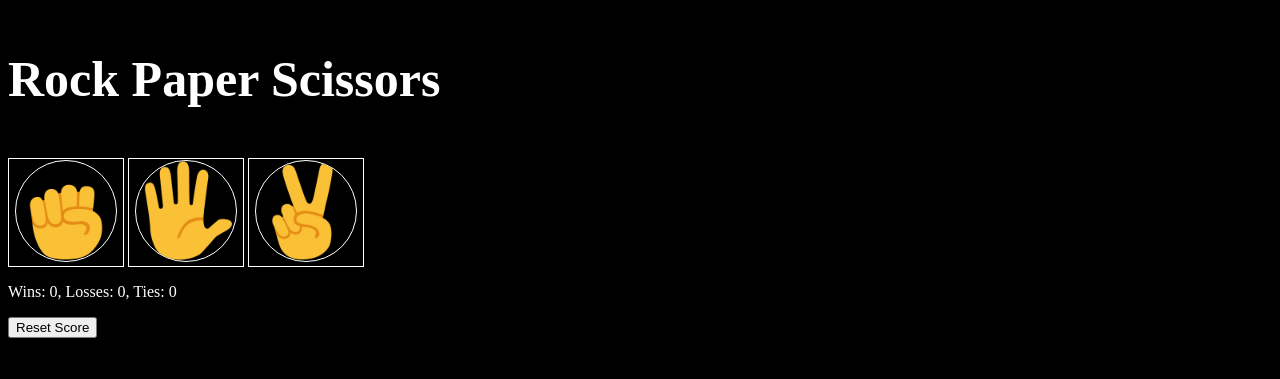
Repository: pgyunknown/Rock_paper_scissors-
Page: index.html
An editor plug-in stored every save of this project. The page is shown before and after the next save, followed by the edit.
The browser window is 1280 px wide. The pictures show the whole page.

Above is the page before, as saved 2024-08-30 17:12:55.

### index.html

<!DOCTYPE html>
<html>
  <head>
    <title>Rock Paper Scissors</title>
    <link rel="stylesheet" href="index.css">
  </head>
  <body>
    <p class="title">Rock Paper Scissors</p>
    <button onclick="
      playGame('rock');
    "class="emoji"><img src="images/rock-emoji.png" alt=""></button>

    <button onclick="
      playGame('paper');
    " class="emoji"><img src="images/paper-emoji.png" alt=""></button>

    <button onclick="
      playGame('scissors');
    " class="emoji"><img src="images/scissors-emoji.png" alt=""></button>

    <p class="js-result result"></p>
    <p class="js-moves"></p>
    <p class="js-score score"></p>

    <button onclick="
      score.wins = 0;
      score.losses = 0;
      score.ties = 0;
      localStorage.removeItem('score');
      updateScoreElement();
    " class="reset-score-button">Reset Score</button>


    <script src="index.js">

    </script>
  </body>
</html>

### index.css
body{
  background-color: black;
  color: white;
}
.title{
  font-size: 50px;
  font-weight: bold;
}

button img{
  height: 100px;
  width: 100px;
  background-color: black;
  border: 1px solid white;
  border-radius: 70px;
}
.emoji{
  background-color: black;
    border: 1px solid white;
  /* border-radius: 70px;
  margin: 0px 10px 0px 10px; */
}

### index.js

let score = JSON.parse(localStorage.getItem('score')) || {
  wins: 0,
  losses: 0,
  ties: 0
};

updateScoreElement();

/*
if (!score) {
  score = {
    wins: 0,
    losses: 0,
    ties: 0
  };
}
*/

function playGame(playerMove) {
  const computerMove = pickComputerMove();

  let result = '';

  if (playerMove === 'scissors') {
    if (computerMove === 'rock') {
      result = 'You lose.';
    } else if (computerMove === 'paper') {
      result = 'You win.';
    } else if (computerMove === 'scissors') {
      result = 'Tie.';
    }

  } else if (playerMove === 'paper') {
    if (computerMove === 'rock') {
      result = 'You win.';
    } else if (computerMove === 'paper') {
      result = 'Tie.';
    } else if (computerMove === 'scissors') {
      result = 'You lose.';
    }

  } else if (playerMove === 'rock') {
    if (computerMove === 'rock') {
      result = 'Tie.';
    } else if (computerMove === 'paper') {
      result = 'You lose.';
    } else if (computerMove === 'scissors') {
      result = 'You win.';
    }
  }

  if (result === 'You win.') {
    score.wins += 1;
  } else if (result === 'You lose.') {
    score.losses += 1;
  } else if (result === 'Tie.') {
    score.ties += 1;
  }

  localStorage.setItem('score', JSON.stringify(score));

  updateScoreElement();

  document.querySelector('.js-result').innerHTML = result;

  document.querySelector('.js-moves').innerHTML = `You
<img src="images/${playerMove}-emoji.png" class="move-icon">
<img src="images/${computerMove}-emoji.png" class="move-icon">
Computer`;
}

function updateScoreElement() {
  document.querySelector('.js-score')
    .innerHTML = `Wins: ${score.wins}, Losses: ${score.losses}, Ties: ${score.ties}`;
}

function pickComputerMove() {
  const randomNumber = Math.random();

  let computerMove = '';

  if (randomNumber >= 0 && randomNumber < 1 / 3) {
    computerMove = 'rock';
  } else if (randomNumber >= 1 / 3 && randomNumber < 2 / 3) {
    computerMove = 'paper';
  } else if (randomNumber >= 2 / 3 && randomNumber < 1) {
    computerMove = 'scissors';
  }

  return computerMove;
}

After the next save:
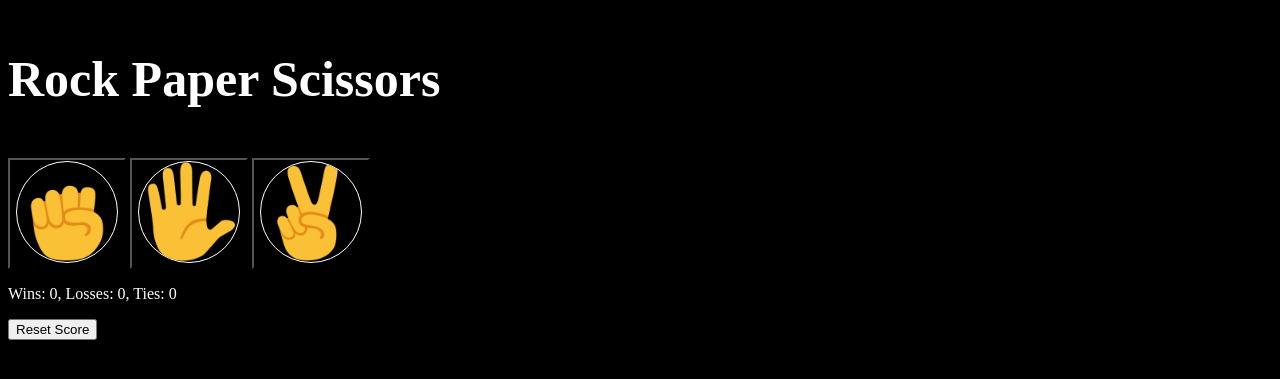
Saved 4 s later.
--- a/index.css
+++ b/index.css
@@ -16,7 +16,7 @@ button img{
 }
 .emoji{
   background-color: black;
-    border: 1px solid white;
+    /* border: 1px solid white; */
   /* border-radius: 70px;
   margin: 0px 10px 0px 10px; */
 }
